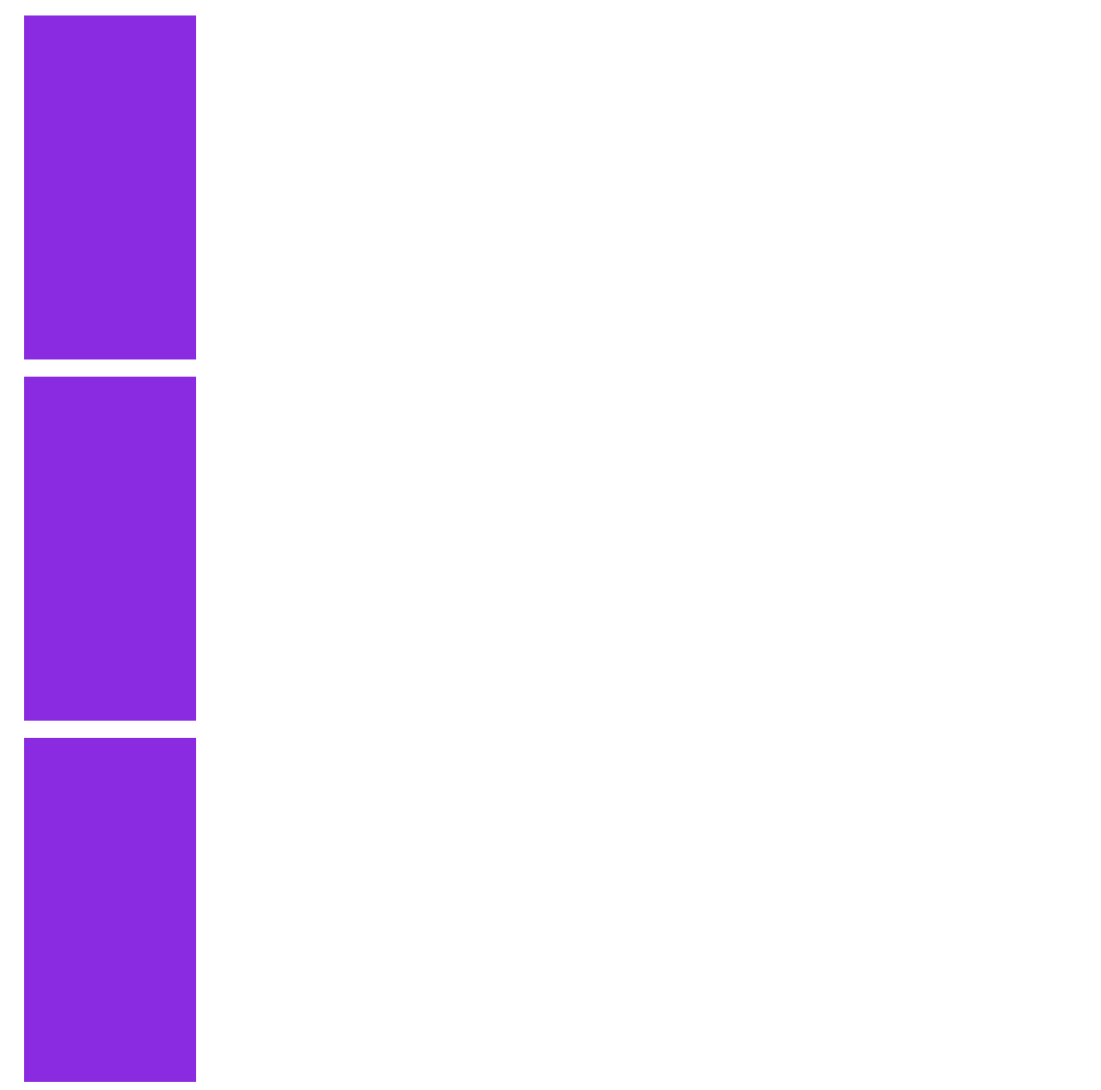
Repository: TheBestBadGuy0228/code
Page: 清除浮动.html
The author's editor kept a copy of each file at every save. The page is drawn from the files as they stood at one save, then again after the next save.
The browser window is 1280 px wide. The pictures show the whole page, at 86% of full size.

Above is the page before, as saved 2021-12-09 13:46:20.

### 清除浮动.html
<!-- /*
 * @Author: Xiao
 * @Date: 2021-12-09 13:39:08
 * @Last Modified by:   Xiao
 * @Last Modified time: 2021-12-09 13:39:08
 */ -->
<!DOCTYPE html>
<html lang="zh-CN">
<head>
    <meta charset="UTF-8">
    <meta http-equiv="X-UA-Compatible" content="IE=edge">
    <meta name="viewport" content="width=device-width, initial-scale=1.0">
    <title>清除浮动</title>
    <style>
        .test {
            width: auto;
            background-color: yellowgreen;
        }

        .test>div {
            float: left;
            /* 清除浮动 */
            clear: both;
            width: 200px;
            height: 400px;
            background-color: blueviolet;
            margin: 10px 20px;
        }
    </style>
</head>
<body>
    <!--为什么需要清除浮动？
由于父级盒子很多情况下，不方便给高度，但是子盒子浮动又不占有位置，最后父级盒子高度为时，就会影响下面的标准流盒子。
由于浮动元素不再占用原文档流的位置，所以它会对后面的元素排版产生影响

清除浮动的本质是清除浮动元素造成的影响
如果父盒子本身有高度，则不需要清除浮动
清除浮动之后，父级就会根据浮动的子盒子自动检测高度。父级有了高度，就不会影响下面的标准流了
-->
    <div class="test">
        <div class="son1"></div>
        <div class="son2"></div>
        <div class="son3"></div>
    </div>
</body>
</html>

After the next save:
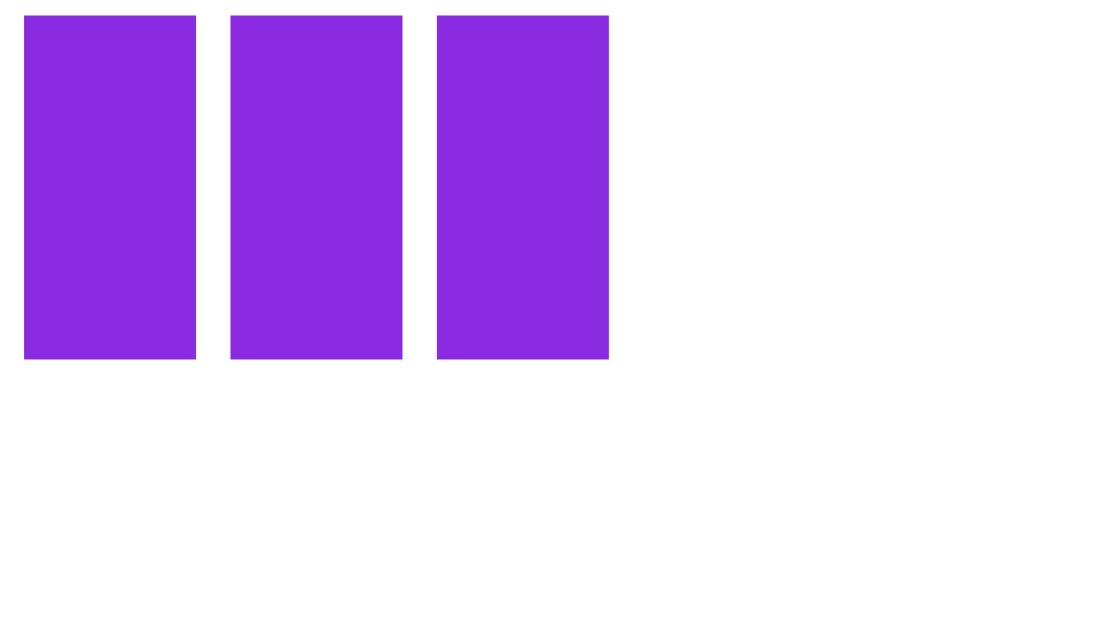
Saved 23 s later.
--- a/清除浮动.html
+++ b/清除浮动.html
@@ -15,12 +15,13 @@
         .test {
             width: auto;
             background-color: yellowgreen;
+            clear: both;
+
         }
 
         .test>div {
             float: left;
             /* 清除浮动 */
-            clear: both;
             width: 200px;
             height: 400px;
             background-color: blueviolet;
